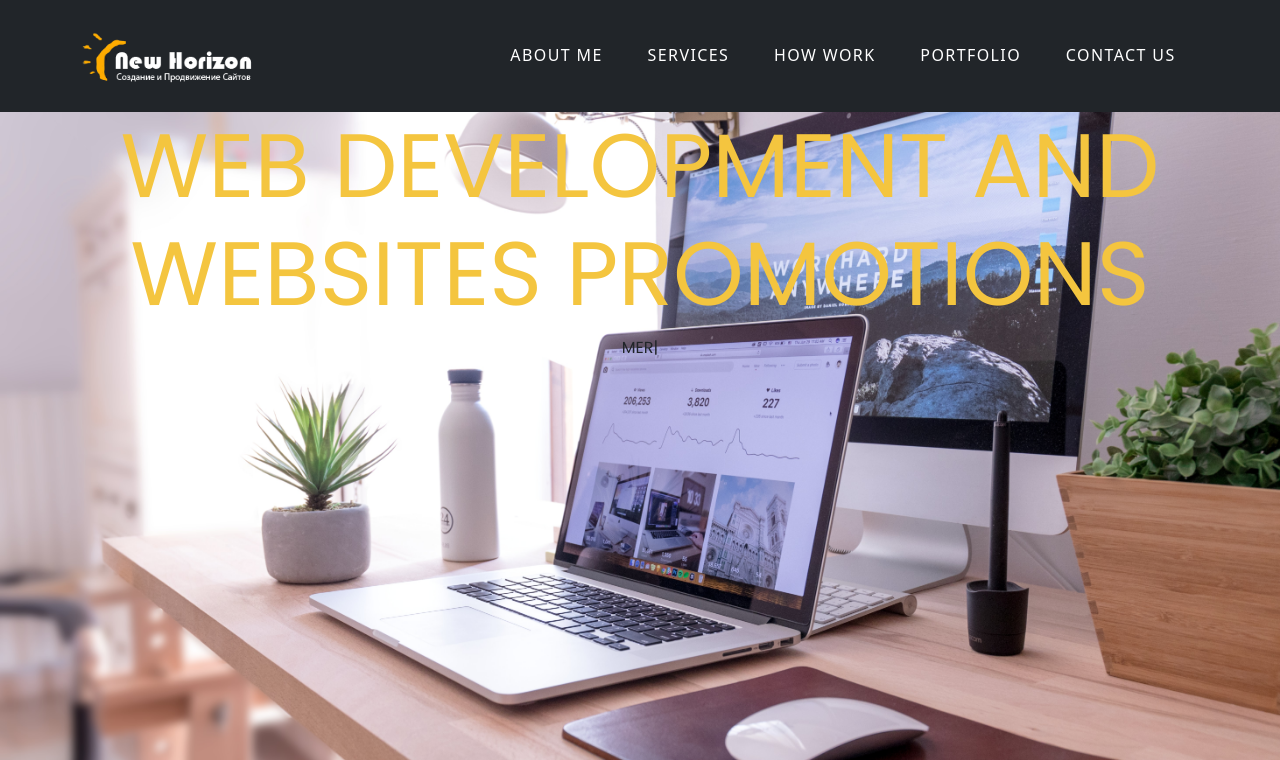
Repository: ahmedibrahimhassan654/React-Bootstrap-5
Page: /
The author's editor kept a copy of each file at every save. The page is drawn from the files as they stood at one save, then again after the next save.
The browser window is 1280 px wide. The pictures show the whole page.
The project was rebuilt for these pictures with package versions that can differ from the ones it lists, and the page was loaded fresh each time.

Above is the page before, as saved 2021-11-25 06:49:08.

### public/index.html
<!DOCTYPE html>
<html lang="en">
  <head>
    <meta charset="utf-8" />
    <link rel="icon" href="%PUBLIC_URL%/favicon.ico" />
    <meta name="viewport" content="width=device-width, initial-scale=1" />
    <meta name="theme-color" content="#000000" />
    <meta
      name="description"
      content="Web site created using create-react-app"
    />
    <link rel="apple-touch-icon" href="%PUBLIC_URL%/logo192.png" />
    <!--
      manifest.json provides metadata used when your web app is installed on a
      user's mobile device or desktop. See https://developers.google.com/web/fundamentals/web-app-manifest/
    -->
    <link rel="manifest" href="%PUBLIC_URL%/manifest.json" />
    <!--
      Notice the use of %PUBLIC_URL% in the tags above.
      It will be replaced with the URL of the `public` folder during the build.
      Only files inside the `public` folder can be referenced from the HTML.

      Unlike "/favicon.ico" or "favicon.ico", "%PUBLIC_URL%/favicon.ico" will
      work correctly both with client-side routing and a non-root public URL.
      Learn how to configure a non-root public URL by running `npm run build`.
    -->
    <title>React App</title>
  </head>
  <body>
    <noscript>You need to enable JavaScript to run this app.</noscript>
    <div id="root"></div>


 <script src="https://cdn.jsdelivr.net/npm/bootstrap@5.0.2/dist/js/bootstrap.bundle.min.js" integrity="sha384-MrcW6ZMFYlzcLA8Nl+NtUVF0sA7MsXsP1UyJoMp4YLEuNSfAP+JcXn/tWtIaxVXM" crossorigin="anonymous"></script>

  </body>
</html>

### src/App.js
import "./App.css";
import "bootstrap/dist/css/bootstrap.min.css";
import Navbar from "./components/Navbar";
import Header from "./components/Header";
function App() {
  return (
    <>
      <Navbar />
      <Header />
    </>
  );
}

export default App;

### src/App.css
/* Font Imported */
@import url("https://fonts.googleapis.com/css2?family=Poppins:wght@300;400&family=Work+Sans:wght@300&display=swap");

:root {
  --primary-white: #fff;
  --primary-orage: #f4c53f;
  --primary-dark: #212529;
  --primary-green: #44ee17;
}

body {
  font-family: "Poppins", sans-serif;
}
/* Nav Bar */
.logo {
  width: 16.25rem;
}
/* Menu Link */

nav a.nav-link {
  /* font-weight: 900; */
  letter-spacing: 0.0875rem;
  cursor: pointer;
}
nav ul li {
  text-transform: uppercase;
}
.navbar-nav li a {
  color: var(--primary-white) !important;
  margin-right: 0.9rem;
  margin-left: 0.9rem;
  border-bottom: 0.1875rem solid var(--primary-dark);
}
.navbar-brand {
  max-width: 17.25rem;
  padding: 0 !important;
  height: 6rem;
}
.navbar-nav li a.active,
.navbar-nav li a.active:focus {
  border-bottom: 0.1875rem solid var(--primary-orage);
}
.navbar-nav li a:hover {
  border-top: 0.1875rem solid var(--primary-green);
}
/* Header */
.header-wraper {
  position: relative;
  background-image: url("/src/img/cover.jpg");
  background-size: cover;
  background-position: center;
  height: 90vh;
}
.maininfo {
  display: flex;
  flex-direction: column;
  justify-content: center;
  align-items: center;
  text-align: center;

  font-family: "Poppins", sans-serif;
}
.maininfo h1 {
  color: var(--primary-orage);
  text-transform: uppercase;
  font-weight: 1.25rem;
  font-size: 90px;
}

### src/components/Navbar.jsx
import React from "react";
import logo from "../logo.png";

import { FontAwesomeIcon } from "@fortawesome/react-fontawesome";
import { faBars } from "@fortawesome/free-solid-svg-icons";

const Navbar = () => {
  return (
    <>
      <nav className="navbar navbar-expand-lg navbar-light bg-dark">
        <div className="container">
          <a className="navbar-brand" href="#">
            <img className="logo" src={logo} alt=" logo ...." />
          </a>
          <button
            className="navbar-toggler"
            type="button"
            data-bs-toggle="collapse"
            data-bs-target="#navbarSupportedContent"
            aria-controls="navbarSupportedContent"
            aria-expanded="false"
            aria-label="Toggle navigation"
          >
            <FontAwesomeIcon icon={faBars} style={{ color: "orange" }} />
          </button>
          <div className="collapse navbar-collapse" id="navbarSupportedContent">
            <ul className="navbar-nav ms-auto mb-2 mb-lg-0">
              <li className="nav-item">
                <a className="nav-link " aria-current="page" href="#">
                  about me
                </a>
              </li>
              <li className="nav-item">
                <a className="nav-link" href="#">
                  services
                </a>
              </li>
              <li className="nav-item">
                <a className="nav-link" href="#">
                  How work
                </a>
              </li>
              <li className="nav-item">
                <a className="nav-link" href="#">
                  Portfolio
                </a>
              </li>
              <li className="nav-item">
                <a className="nav-link" href="#">
                  Contact Us
                </a>
              </li>
            </ul>
          </div>
        </div>
      </nav>
    </>
  );
};

export default Navbar;

### src/components/Header.jsx
import React from "react";
import Typed from "react-typed";
const Header = () => {
  return (
    <div className="header-wraper">
      <div className="maininfo">
        <h1> web development and websites promotions</h1>
        <Typed
          className="text-typed"
          strings={[
            "Node Js Developer",
            "React Js Developer",
            "MERN Stack Web Developer",
          ]}
          typeSpeed={80}
          loop
        />
      </div>
    </div>
  );
};

export default Header;

Loaded but not shown: src/index.js (common file); src/reportWebVitals.js (common file)

After the next save:
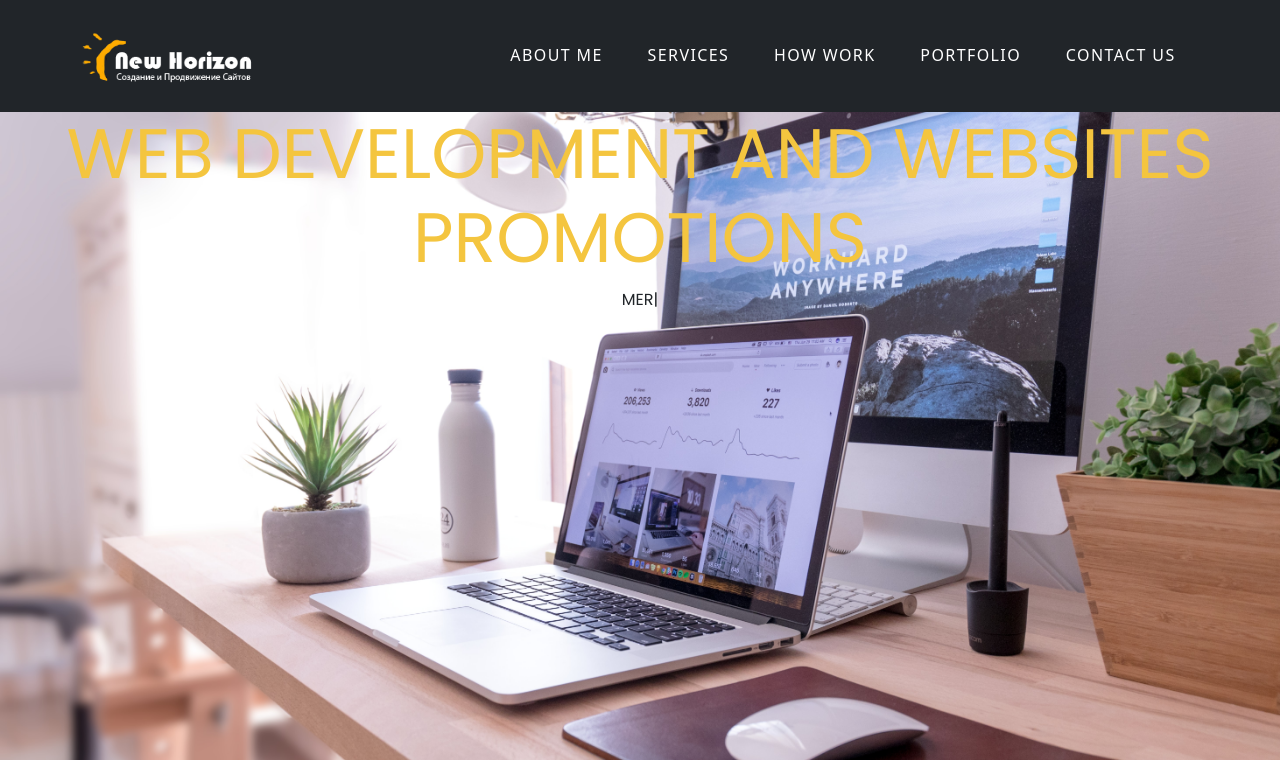
Saved 4 s later.
--- a/src/App.css
+++ b/src/App.css
@@ -64,5 +64,5 @@ nav ul li {
   color: var(--primary-orage);
   text-transform: uppercase;
   font-weight: 1.25rem;
-  font-size: 90px;
+  font-size: 70px;
 }
